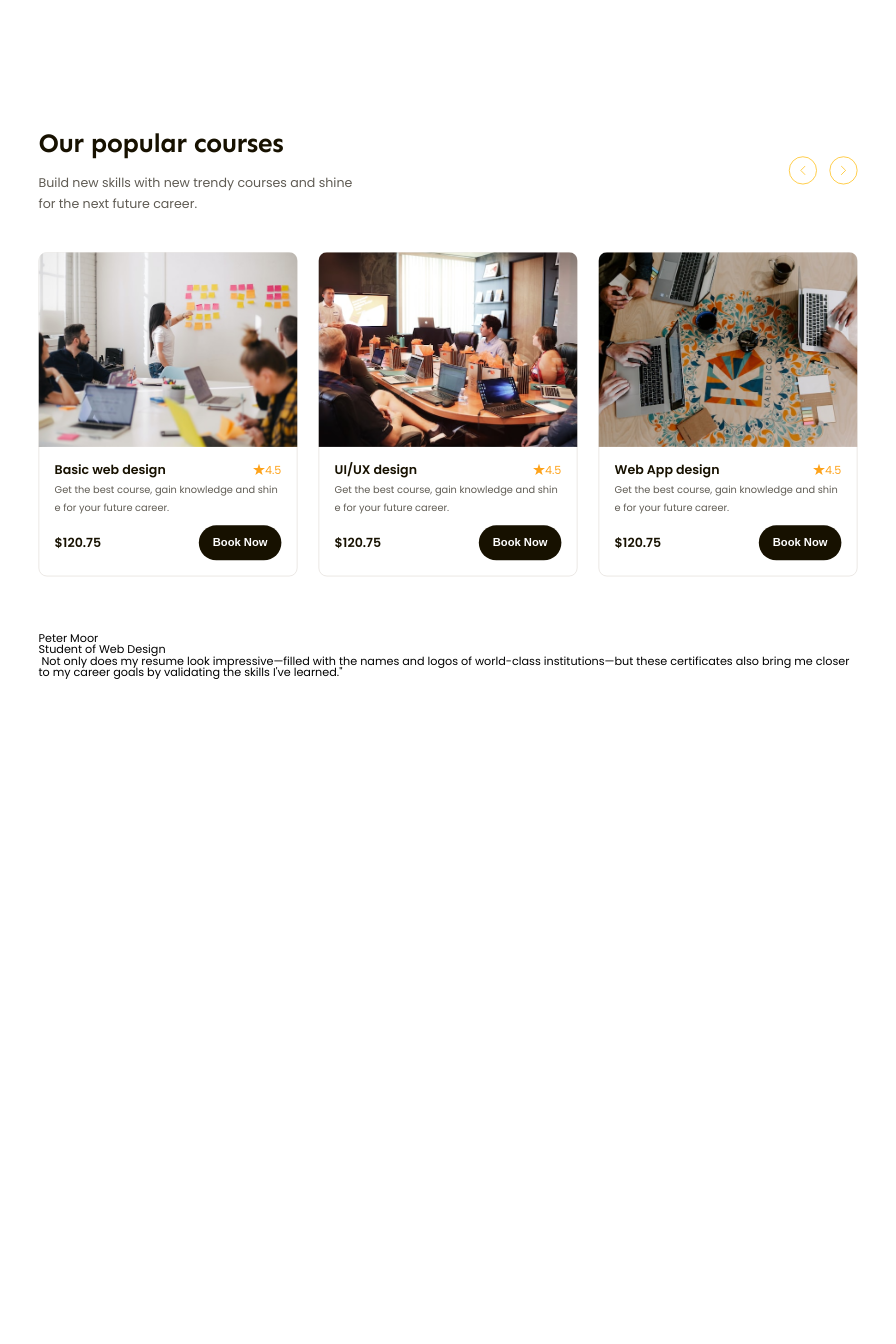
Repository: ynguyen1512/htmlcss-project-02
Page: index.html
The author's editor kept a copy of each file at every save. The page is drawn from the files as they stood at one save, then again after the next save.
The browser window is 1280 px wide. The pictures show the part of the page from y = 919 to 2839 px (the page is 5000 px tall), at 70% of full size.
A picture or video elsewhere on the page could not be fetched, so the positions and the page height are approximate.

Above is the page before, as saved 2023-03-08 22:26:51.

After the next save:
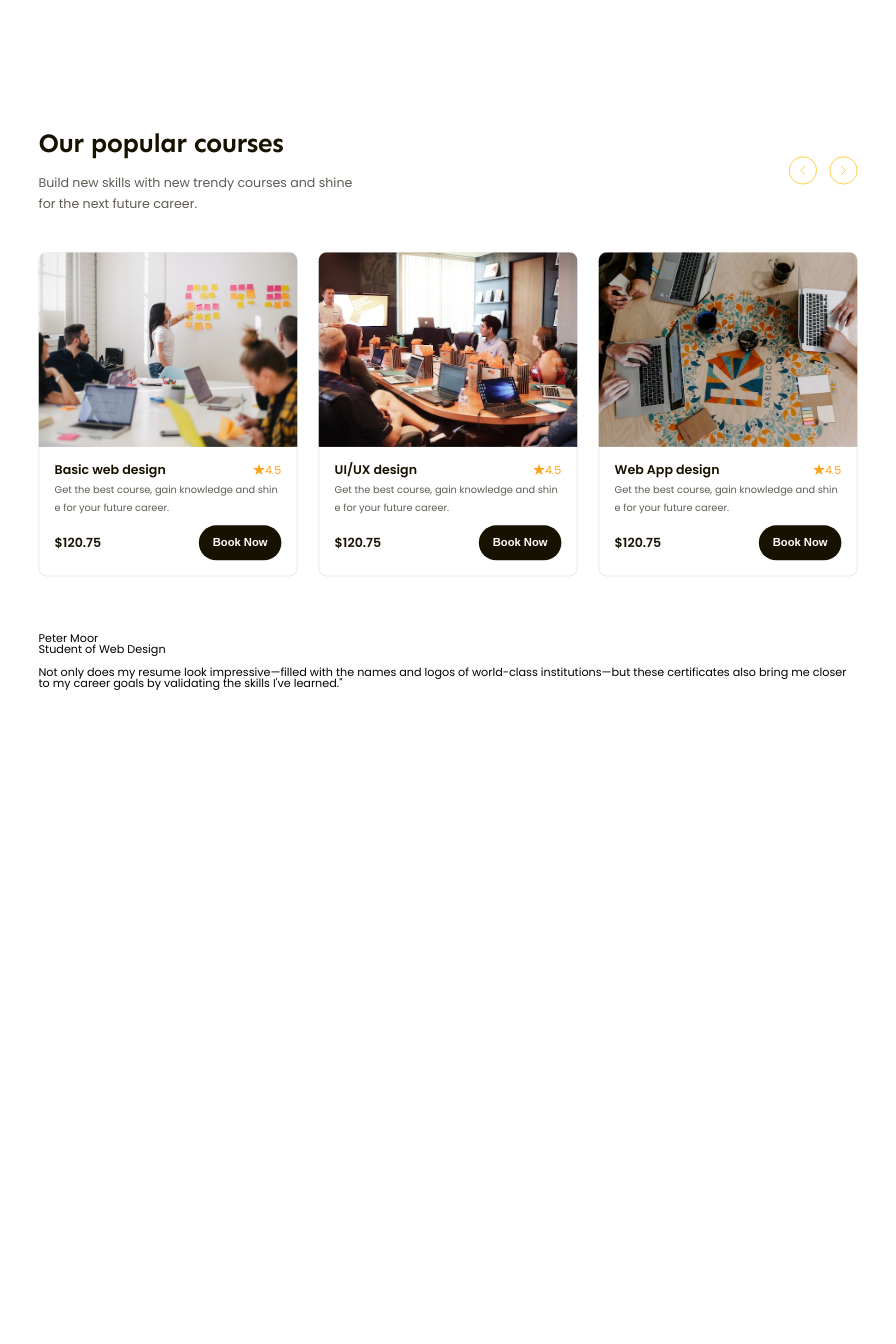
Saved 12 s later.
--- a/index.html
+++ b/index.html
@@ -298,11 +298,11 @@
                         <!-- right side -->
                         <div class="content">
                             <img src="" alt="" class="open-quotes">
-                            <blockquotes>
+                            <blockquote>
                                 Not only does my resume look impressive—filled with the
                                 names and logos of world-class institutions—but these
                                 certificates also bring me closer to my career goals by validating the skills I've learned."
-                            </blockquotes>
+                            </blockquote>
                         </div>
                     </div>
                 </div>
